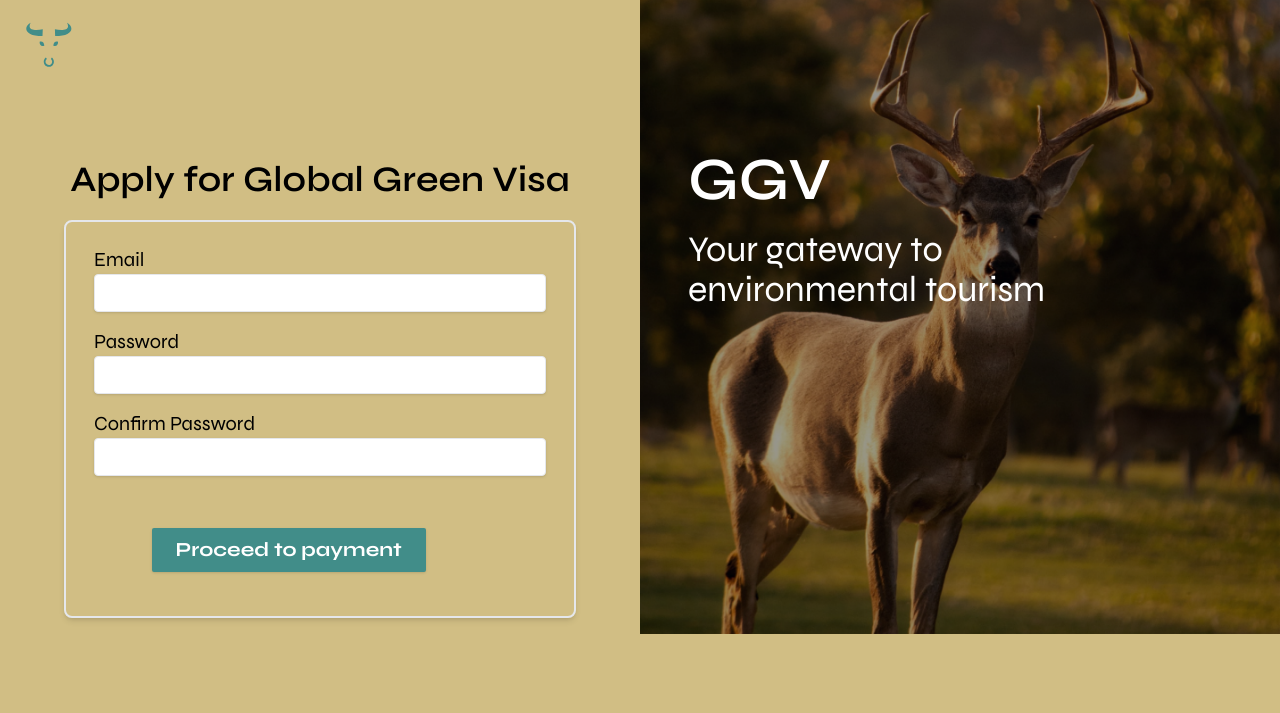
Repository: EngrAhmadUmar/landing-page
Page: /register
These files come from the project's save history. The page is drawn as it stood at one moment and after the next save; the edit follows.
The browser window is 1280 px wide. The pictures show the whole page.
The project was rebuilt for these pictures with package versions that can differ from the ones it lists, and the page was loaded fresh each time. The framework's server and built-in components were replaced by stand-ins that run in the browser. Also part of the build but not shown: next.config.js, styles/Home.module.css, src/Components/ApplyPageComponents/ApplyForm.jsx, src/Components/ApplyPageComponents/LoginForm.jsx.

Above is the page before, as saved 2022-07-06 11:30:20.

### pages/_app.js
import "../styles/globals.css";
import { ApolloClient, InMemoryCache, ApolloProvider } from "@apollo/client";

//apollo clients
const client = new ApolloClient({
  uri: "http://localhost:1337/graphql",
  cache: new InMemoryCache()
});

function MyApp({ Component, pageProps }) {
  return (
    <ApolloProvider client={client}>
      <Component {...pageProps} />
    </ApolloProvider>
  );
}

export default MyApp;

### pages/register.js
import React from "react";
import { RegisterForm } from "../src/Components/ApplyPageComponents/Index";

export default function Login() {
  return (
    <React.Fragment>
      <div className="bg-[#d1be84] h-[100vh]">
        <RegisterForm />
      </div>
    </React.Fragment>
  );
}

### styles/globals.css
@import url("https://fonts.googleapis.com/css2?family=Poppins:wght@400;500;600&family=Syne:wght@400;500;600;700&display=swap");

@tailwind base;
@tailwind components;
@tailwind utilities;

### src/Components/ApplyPageComponents/Index.jsx
export { default as ApplyForm } from "./ApplyForm";
export { default as LoginForm } from "./LoginForm";
export { default as RegisterForm } from "./RegisterForm";

### src/Components/ApplyPageComponents/RegisterForm.jsx
import { gql, useMutation } from "@apollo/client";
import Head from "next/head";
import Image from "next/image";
import { useState, useRef } from "react";
import styles from "../../../styles/Home.module.css";

const reg = gql`
  mutation joinUs($username: String!, $email: String!, $password: String!) {
    register(input: { email: $email, password: $password }) {
      jwt
      user {
        id
        email
      }
    }
  }
`;

const JoinUs = () => {
  const emailInputRef = useRef();
  const passwordInputRef = useRef();
  const confirmPasswordInputRef = useRef();

  const [email, setEmail] = useState("");
  const onChangeEmail = (e) => {
    setEmail(e.target.value);
  };
  const [password, setPassword] = useState("");
  const onChangePassword = (e) => {
    setPassword(e.target.value);
  };

  const [confirmPassowrd, setConfirmPassword] = useState("");
  const confirmPasswordChangeHandler = (event) => {
    setConfirmPassword(event.target.value);
  };
  const [joinUs, { data, loading, error }] = useMutation(reg, {
    variables: {
      email: email,
      password: password
    }
  });

  const onSubmit = (e) => {
    e.preventDefault();
    if (email === "" || password === "") {
      return alert("please fill in all fields");
    }

    // check if the password match
    if (
      passwordInputRef.current.value != confirmPasswordInputRef.current.value
    ) {
      return alert("Passwords must match");
    }
    joinUs(password, email);

    setEmail("");
    setPassword("");
    setConfirmPassword("");
  };

  return (
    <div className=" font-syne " id="joinUs">
      <Head>
        <title>Welcome to GGV</title>
        <meta name="description" content="Join Our Family" />
      </Head>
      <div className="font-syne bg-[#d1be84] bg-cover grid grid-col-1 md:grid-cols-2 2xl:h-[100vh]">
        <div className="">
          <div className="w-[50px] h-40 pt-5 ml-6">
            <Image
              src="/logo.svg"
              layout="responsive"
              width={5}
              height={5}
              opacity={100}
            />
          </div>
          <h3
            className={`${
              styles.headings
            }  ${"text-center text-3xl md:text-4xl mb-5 font-semibold"}`}
          >
            Apply for Global Green Visa
          </h3>
          <form
            onSubmit={onSubmit}
            className="shadow-md rounded-lg px-7 pt-6 pb-8 m-4 lg:mx-12 xl:mx-auto border-gray border-2 font-Syne md:max-w-lg"
          >
            <div className="mb-4">
              <label className="text-lg md:text-xl">Email</label>
              <input
                type="email"
                ref={emailInputRef}
                value={email}
                onChange={onChangeEmail}
                placeholder=""
                className="shadow appearance-none border rounded w-full py-2 px-3 text-gray-700 leading-tight focus:outline-none focus:shadow-outline"
              />
            </div>
            <div className="mb-4">
              <label className="text-lg md:text-xl">Password</label>
              <input
                type="password"
                ref={passwordInputRef}
                value={password}
                onChange={onChangePassword}
                placeholder=""
                className="shadow appearance-none border rounded w-full py-2 px-3 text-gray-700 leading-tight focus:outline-none focus:shadow-outline"
              />
            </div>
            <div className="mb-4">
              <label className="text-lg md:text-xl">Confirm Password</label>
              <input
                type="password"
                ref={confirmPasswordInputRef}
                value={confirmPassowrd}
                onChange={confirmPasswordChangeHandler}
                placeholder=""
                className="shadow appearance-none border rounded w-full py-2 px-3 text-gray-700 leading-tight focus:outline-none focus:shadow-outline"
              />
            </div>
            <div className="mt-5 ml-[8vh]">
              <button
                className="shadow focus:shadow-outline focus:outline-none text-white font-bold py-2 px-6 md:text-xl bg-[#418d89] rounded-sm mt-8 mb-3 py-1"
                onClick={onSubmit}
              >
                Proceed to payment
              </button>
            </div>
          </form>
        </div>

        <div className="md:flex hidden text-white bg-[url('/apply_for_visa_bg.png')]  bg-cover bg-no-repeat sm:bg-center md:bg-bottom lg:bg-bottom xl:bg-bottom 2xl:center">
          <div className="mt-[50px] md:mt-[150px] mx-4 md:mx-12">
            <h3 className="  text-4xl md:text-5xl lg:text-6xl font-semibold">
              GGV
            </h3>
            <p className="max-w-md md:max-w-xl text-2xl md:text-4xl mt-5">
              Your gateway to <br></br>environmental tourism
            </p>
          </div>
          <div></div>
        </div>
      </div>
      <>
        {data && (
          <div>
            <h1>Token: {data.register?.jwt}</h1>
            <span>UserID: {data.register.user?.id} </span>
            <span>UserEmail: {data.register.user?.email} </span>
          </div>
        )}
      </>
    </div>
  );
};

export default JoinUs;

### tailwind.config.js
/** @type {import('tailwindcss').Config} */
module.exports = {
  content: [
    "./pages/**/*.{js,ts,jsx,tsx}",
    "./components/**/*.{js,ts,jsx,tsx}",
    "./src/Components/**/*.{js,ts,jsx,tsx}"
  ],
  theme: {
    extend: {
      colors: {
        black: "#000107",
        green: "#418D89"
      },
      fontFamily: {
        syne: ["Syne"]
      }
    }
  },
  plugins: []
};

After the next save:
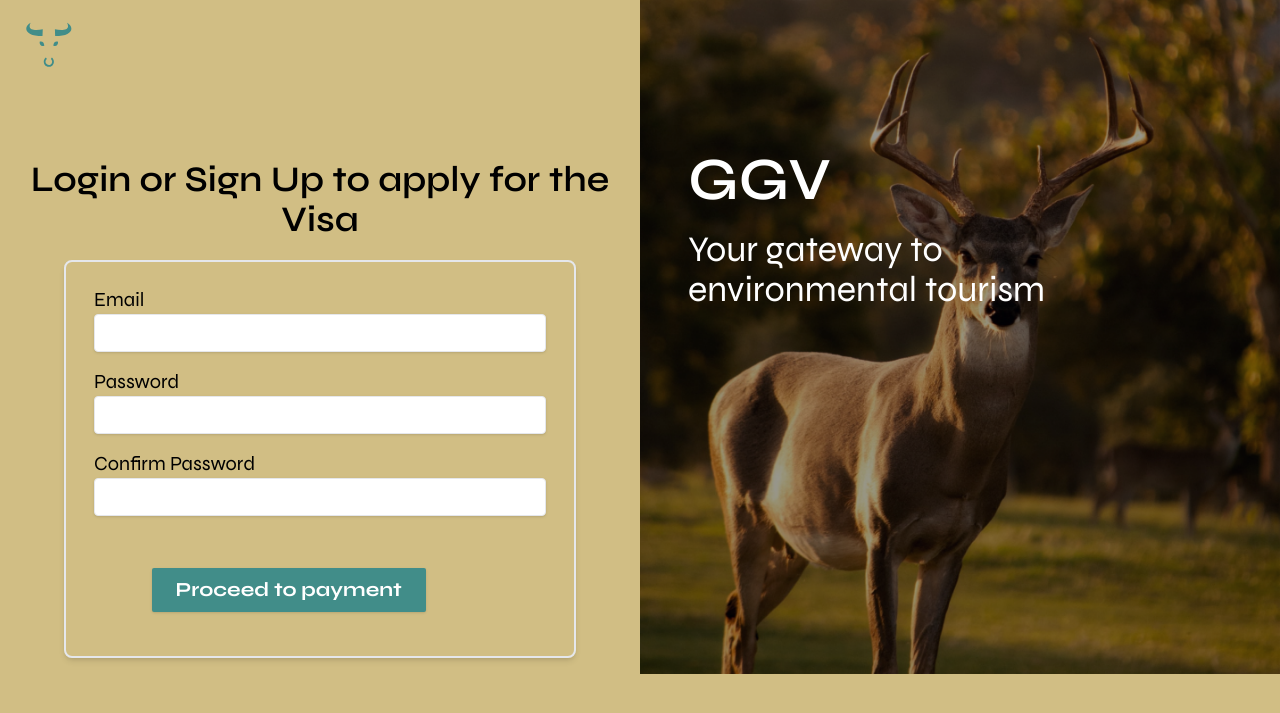
Saved 6 min 18 s later.
--- a/src/Components/ApplyPageComponents/RegisterForm.jsx
+++ b/src/Components/ApplyPageComponents/RegisterForm.jsx
@@ -82,7 +82,7 @@
               styles.headings
             }  ${"text-center text-3xl md:text-4xl mb-5 font-semibold"}`}
           >
-            Apply for Global Green Visa
+            Login or Sign Up to apply for the Visa
           </h3>
           <form
             onSubmit={onSubmit}

After the save that followed:
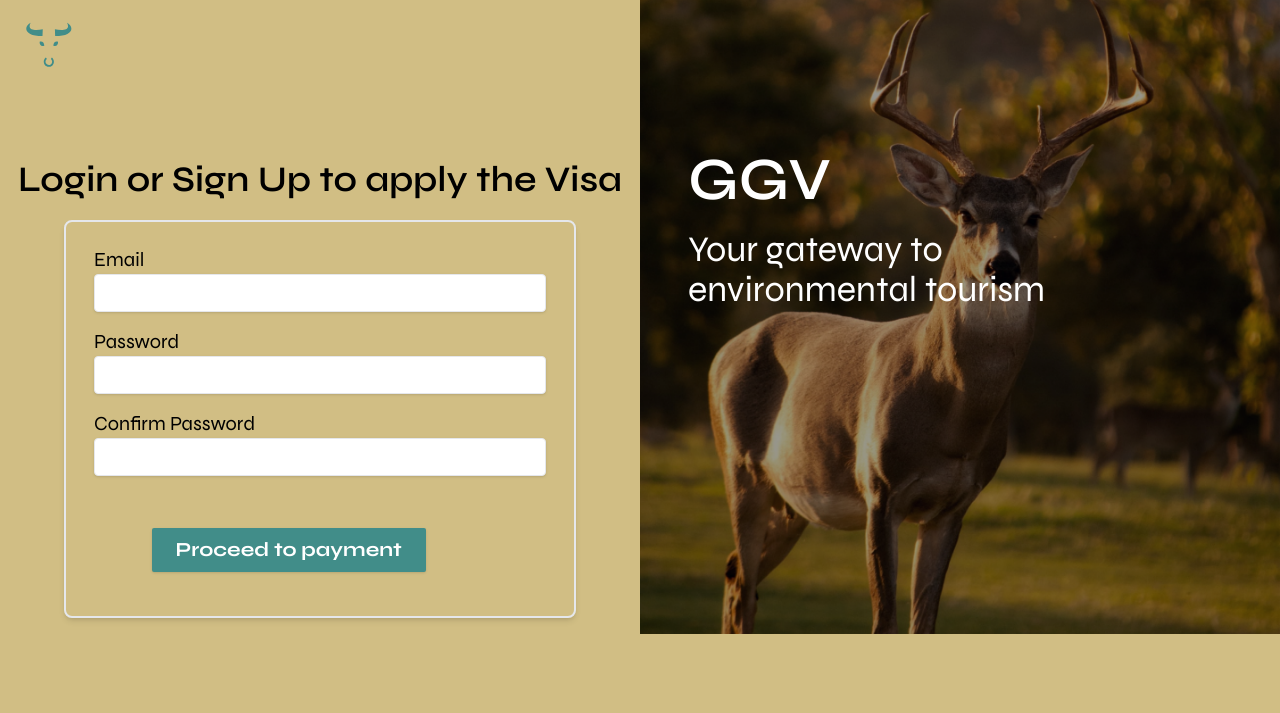
Saved 8 s later.
--- a/src/Components/ApplyPageComponents/RegisterForm.jsx
+++ b/src/Components/ApplyPageComponents/RegisterForm.jsx
@@ -82,7 +82,7 @@
               styles.headings
             }  ${"text-center text-3xl md:text-4xl mb-5 font-semibold"}`}
           >
-            Login or Sign Up to apply for the Visa
+            Login or Sign Up to apply the Visa
           </h3>
           <form
             onSubmit={onSubmit}
